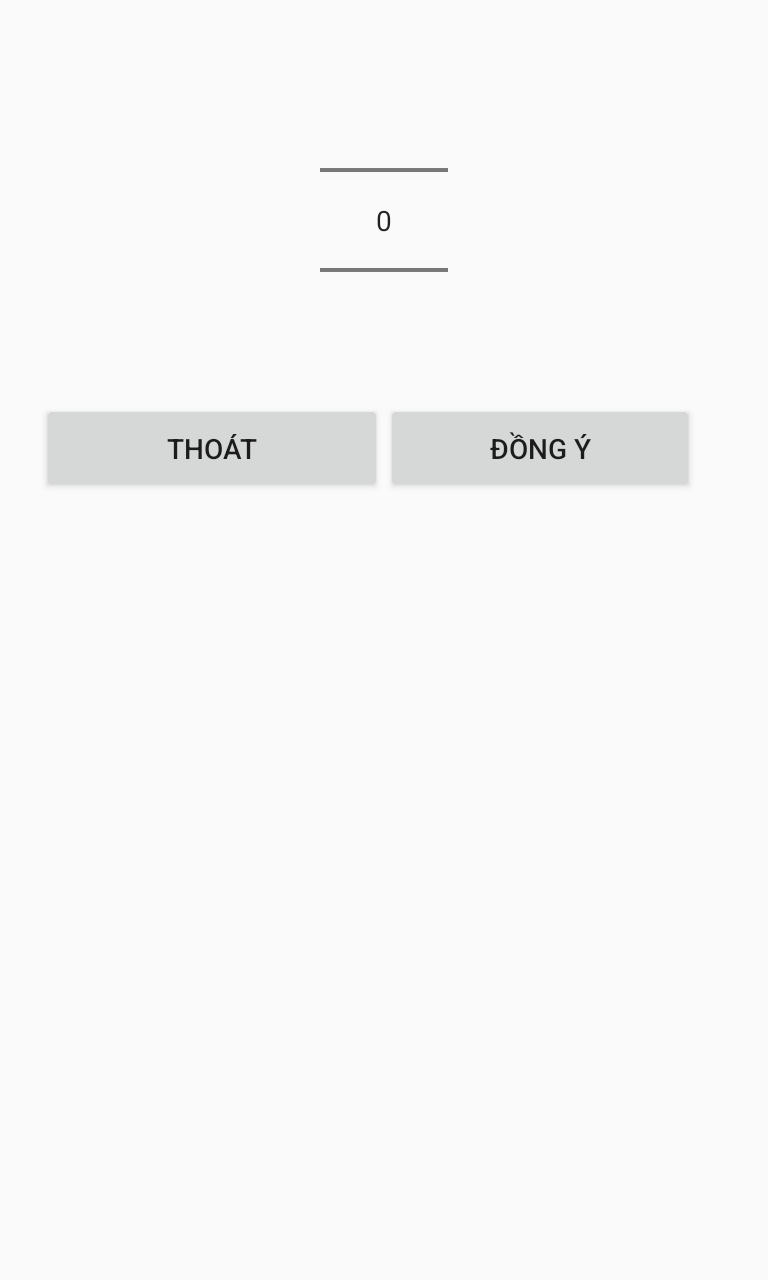
Repository: yenthanh132/Intelresment_AndroidClientApp
Layout: Intelresment/res/layout/dialog_numberpicker.xml
An editor plug-in stored every save of this project. The layout is shown before and after the next save, followed by the edit.
It is drawn on a 768 x 1280 px phone screen (xhdpi) without system bars, with theme AppTheme; the app's code is not run.

Above is the layout before, as saved 2014-12-27 09:50:48.

### Intelresment/res/layout/dialog_numberpicker.xml
<RelativeLayout xmlns:android="http://schemas.android.com/apk/res/android"
    android:layout_width="wrap_content"
    android:layout_height="wrap_content"
    android:padding="20dp" >

    <NumberPicker
        android:id="@+id/numberPicker1"
        android:layout_width="wrap_content"
        android:layout_height="wrap_content"
        android:layout_alignParentTop="true"
        android:layout_centerHorizontal="true" />

    <LinearLayout
        android:layout_width="match_parent"
        android:layout_height="wrap_content"
        android:layout_below="@+id/numberPicker1"
        android:weightSum="2" >

        <Button
            android:id="@+id/btnCancel"
            android:layout_width="match_parent"
            android:layout_height="wrap_content"
            android:layout_weight="1"
            android:text="Thoát" />

        <Button
            android:id="@+id/btnSet"
            android:layout_width="match_parent"
            android:layout_height="wrap_content"
            android:layout_marginRight="16dp"
            android:layout_weight="1"
            android:text="Đồng ý" />
    </LinearLayout>

</RelativeLayout>

### Intelresment/res/drawable/green_button.xml
<?xml version="1.0" encoding="utf-8"?>
<selector xmlns:android="http://schemas.android.com/apk/res/android">

    <item android:state_pressed="true"><shape>
            <solid android:color="#0E9174" />

            <stroke android:width="4dp" android:color="#fff" />

            <padding android:bottom="10dp" android:left="10dp" android:right="10dp" android:top="10dp" />
        </shape></item>
    <item><shape>
            <solid android:color="#2AC25F" />

            <stroke android:width="4dp" android:color="#fff" />


        </shape></item>

</selector>

Loaded but not shown: Intelresment/res/values/styles.xml (common file); Intelresment/res/values-v11/styles.xml (common file); Intelresment/res/values-v14/styles.xml (common file)

After the next save:
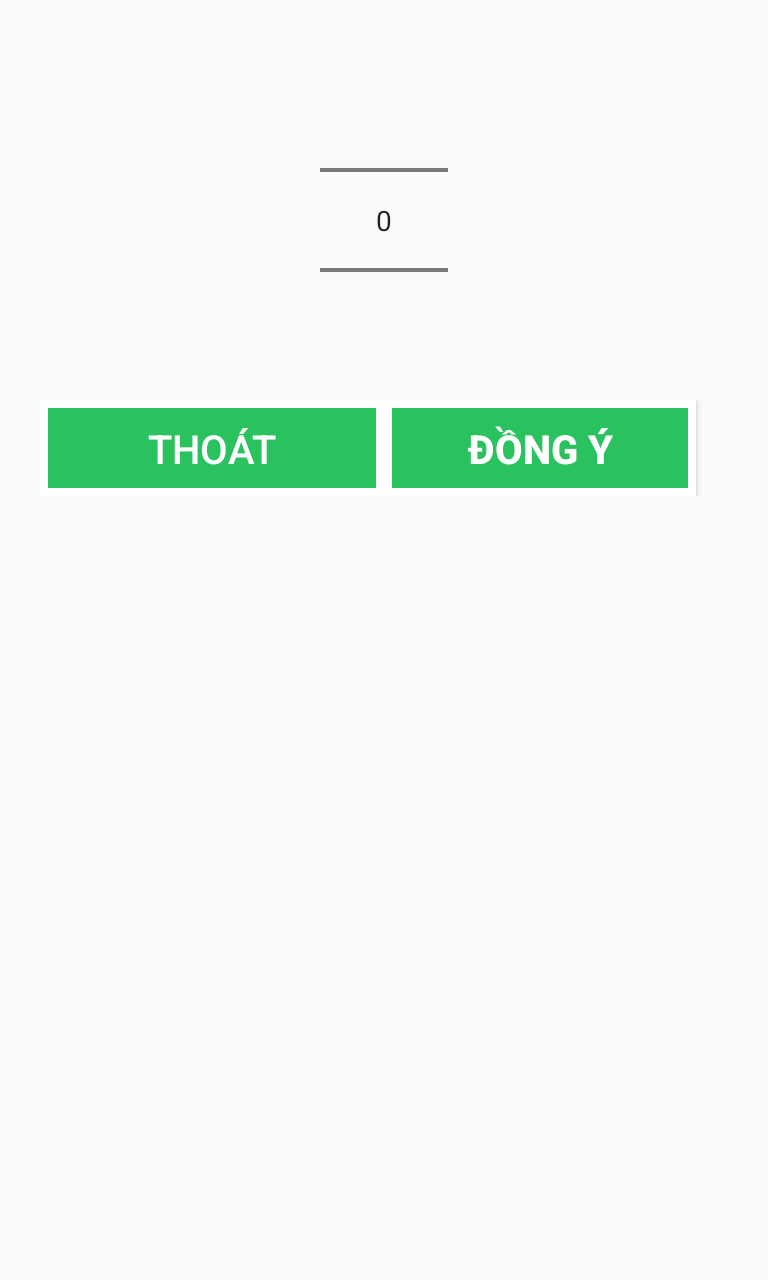
Saved 41 s later.
--- a/Intelresment/res/layout/dialog_numberpicker.xml
+++ b/Intelresment/res/layout/dialog_numberpicker.xml
@@ -21,6 +21,9 @@
             android:layout_width="match_parent"
             android:layout_height="wrap_content"
             android:layout_weight="1"
+            android:background="@drawable/green_button"
+            android:textColor="#fff"
+            android:textSize="20sp"
             android:text="Thoát" />
 
         <Button
@@ -29,6 +32,10 @@
             android:layout_height="wrap_content"
             android:layout_marginRight="16dp"
             android:layout_weight="1"
+            android:textColor="#fff"
+            android:textSize="20sp"
+            android:textStyle="bold"
+            android:background="@drawable/green_button"
             android:text="Đồng ý" />
     </LinearLayout>
 
